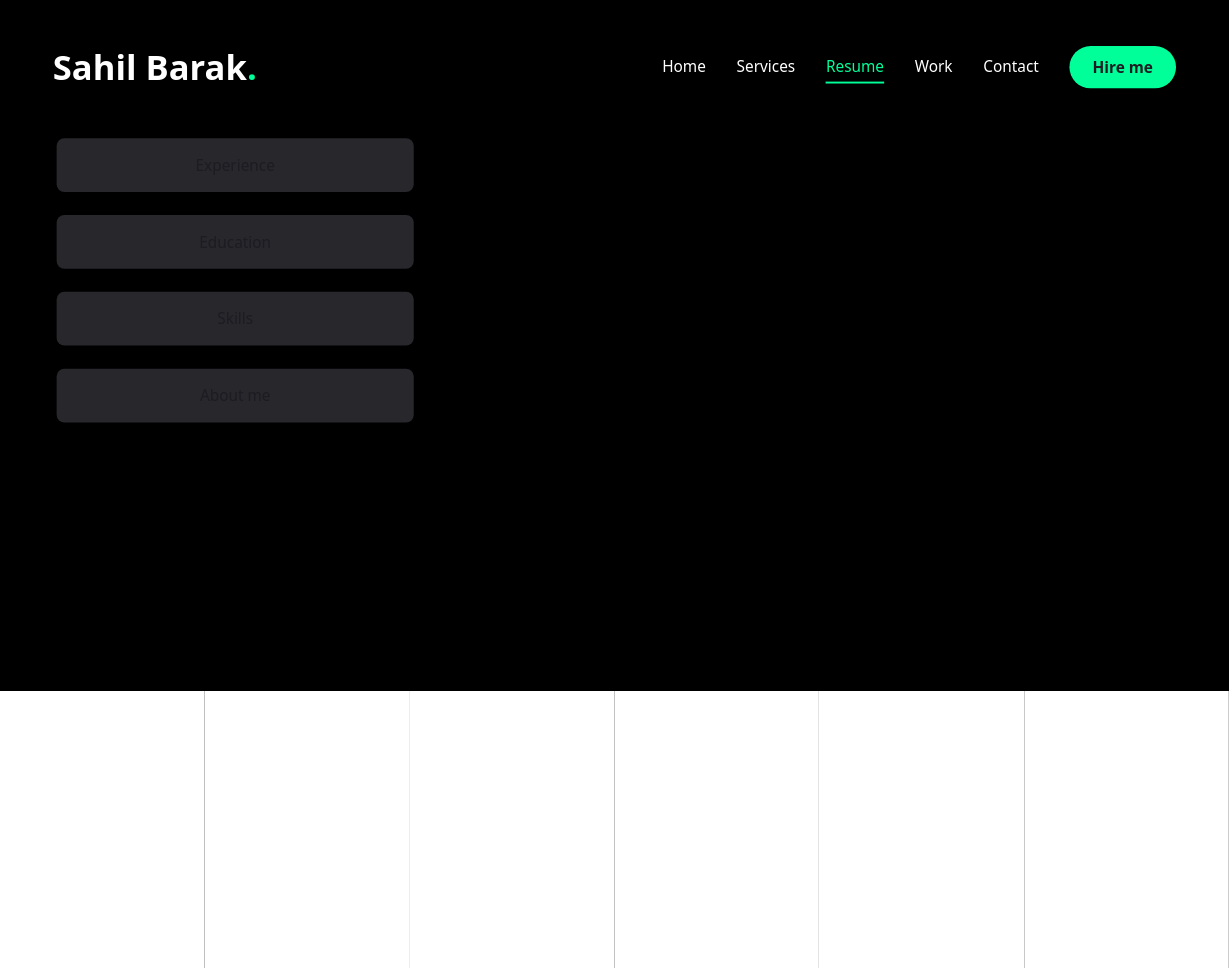
Repository: Moxsahil/My_portfolio
Page: /resume (app in sahil-portfolio/)
These files come from the project's save history. The page is drawn as it stood at one moment and after the next save; the edit follows.
The browser window is 1280 px wide. The pictures show the whole page, at 96% of full size.
The project was rebuilt for these pictures with package versions that can differ from the ones it lists, and the page was loaded fresh each time. The framework's server and built-in components were replaced by stand-ins that run in the browser. Also part of the build but not shown: sahil-portfolio/next.config.mjs, sahil-portfolio/components/ui/tooltip.jsx, sahil-portfolio/components/ui/scroll-area.jsx.

Above is the page before, as saved 2024-10-05 21:36:45.

After the next save:
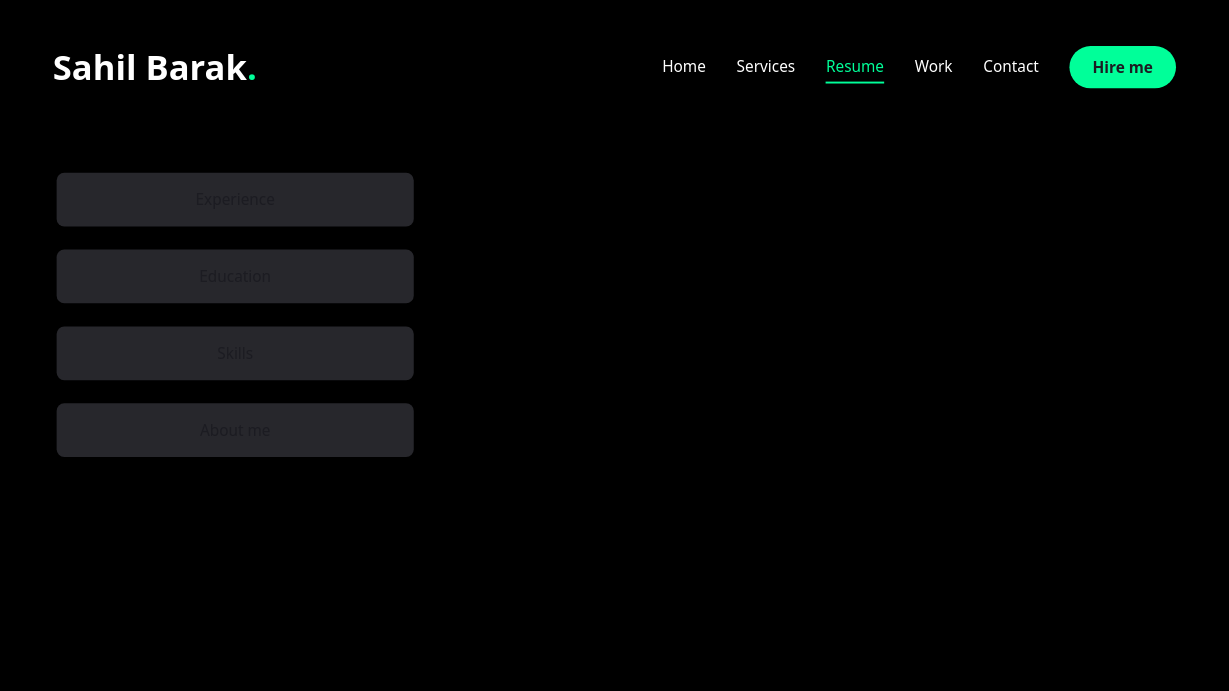
Saved 48 s later.
--- a/sahil-portfolio/app/resume/page.jsx
+++ b/sahil-portfolio/app/resume/page.jsx
@@ -138,7 +138,7 @@
      className="min-h-[80vh] flex items-center justify-center py-12 xl:py-0"
      >
       <div className="container mx-auto">
-        <Tabs defaultValue="Experience" className="flex flex-col xl: flex-row gap-[60px]">
+        <Tabs defaultValue="Experience" className="flex flex-col xl:flex-row gap-[60px]">
           <TabsList className="flex flex-col w-full max-w-[380px] mx-auto xl:mx-0 gap-6">
             <TabsTrigger value="experience">Experience</TabsTrigger>
             <TabsTrigger value="education">Education</TabsTrigger>
